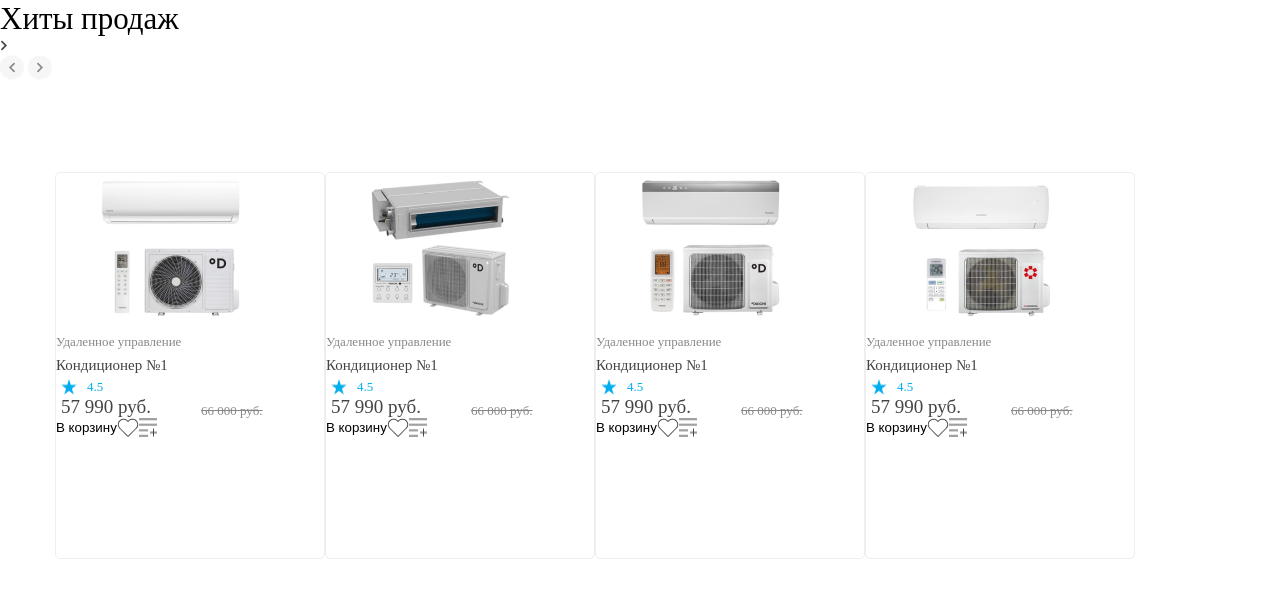
Repository: NikaMana/us
Page: index.html
The author's editor kept a copy of each file at every save. The page is drawn from the files as they stood at one save, then again after the next save.
The browser window is 1280 px wide. The pictures show the whole page.

Above is the page before, as saved 2021-09-15 15:40:16.

### index.html
<!DOCTYPE html>
<html lang="ru">
<head>
    <meta charset="utf-8">
    <title>Main page</title>
    <meta name="viewport" content="widht=1100, initial-scale=1.0">
    <link rel="stylesheet" href="./styles.css">


</head>
<body>
<div class="welcome">
  <div class="welcome__container">
    <div class="welcome__up">
      <div class="welcome__left">
        <h1 class="welcome__hits">Хиты продаж</h1>
        <img class="welcome__arr" src="/img/arrbl.png" alt="blackarrow">
      </div>
      <div class="welcome__right">
        <img class="welcome__arr-left" src="/img/arrleft.png" alt="arrowleft">
        <img class="welcome__arr-right" src="/img/arrright.png" alt="arrowright">
      </div>
    </div>
      <div class="welcome__block-container">
        <div class="welcome__block">
          <img class="welcome__pic" src="/img/pic1.png" alt="condition">
          <h4 class="welcome__control">Удаленное управление</h4>
          <h3 class="welcome__condition">Кондиционер №1</h3>
          <div class="welcome__rating">
            <img class="welcome__star" src="/img/Star.png" alt="star">
            <span class="welcome__score">4.5</span>
          </div>
          <div class="welcome__price">
            <h2 class="welcome__price-current">57 990 руб.</h2>
            <h3 class="welcome__price-past">66 000 руб.</h3>
          </div>
          <div class="welcome__adding">
            <button class="welcome__button">В корзину</button>
            <img class="welcome__like" src="/img/like.png" alt="like">
            <img class="welcome__plus" src="/img/add.png" alt="add">
          </div>
        </div>
        <div class="welcome__block">
          <img class="welcome__pic" src="/img/pic2.png" alt="condition">
          <h4 class="welcome__control">Удаленное управление</h4>
          <h3 class="welcome__condition">Кондиционер №1</h3>
          <div class="welcome__rating">
            <img class="welcome__star" src="/img/Star.png" alt="star">
            <span class="welcome__score">4.5</span>
          </div>
          <div class="welcome__price">
            <h2 class="welcome__price-current">57 990 руб.</h2>
            <h3 class="welcome__price-past">66 000 руб.</h3>
          </div>
          <div class="welcome__adding">
            <button class="welcome__button">В корзину</button>
            <img class="welcome__like" src="/img/like.png" alt="like">
            <img class="welcome__plus" src="/img/add.png" alt="add">
          </div>
        </div>
        <div class="welcome__block">
          <img class="welcome__pic" src="/img/pic3.png" alt="condition">
          <h4 class="welcome__control">Удаленное управление</h4>
          <h3 class="welcome__condition">Кондиционер №1</h3>
          <div class="welcome__rating">
            <img class="welcome__star" src="/img/Star.png" alt="star">
            <span class="welcome__score">4.5</span>
          </div>
          <div class="welcome__price">
            <h2 class="welcome__price-current">57 990 руб.</h2>
            <h3 class="welcome__price-past">66 000 руб.</h3>
          </div>
          <div class="welcome__adding">
            <button class="welcome__button">В корзину</button>
            <img class="welcome__like" src="/img/like.png" alt="like">
            <img class="welcome__plus" src="/img/add.png" alt="add">
          </div>
        </div>
        <div class="welcome__block">
          <img class="welcome__pic" src="/img/pic4.png" alt="condition">
          <h4 class="welcome__control">Удаленное управление</h4>
          <h3 class="welcome__condition">Кондиционер №1</h3>
          <div class="welcome__rating">
            <img class="welcome__star" src="/img/Star.png" alt="star">
            <span class="welcome__score">4.5</span>
          </div>
          <div class="welcome__price">
            <h2 class="welcome__price-current">57 990 руб.</h2>
            <h3 class="welcome__price-past">66 000 руб.</h3>
          </div>
          <div class="welcome__adding">
            <button class="welcome__button">В корзину</button>
            <img class="welcome__like" src="/img/like.png" alt="like">
            <img class="welcome__plus" src="/img/add.png" alt="add">
          </div>
        </div>
      </div>
  </div>
</div>
</body>

### styles.css
*{
  margin: 0;
  padding: 0;
  box-sizing: border-box;
}
button{
  border: none;
  background: no-repeat;
}
h1, h2,h3,h4,h5{
  font-family: none;
  font-size: none;
}
.welcome{
  position: absolute;
  width: 100%;
  height: 100%;
  z-index: 0;
}

.welcome__hits{
font-family: Gotham Pro;
font-size: 31px;
font-style: normal;
font-weight: 300;
line-height: 37px;
letter-spacing: 0em;
text-align: left;
}
.welcome__block-container{
  display: flex;
  flex-direction: row;
}
.welcome__block{
height: 387px;
width: 270px;
left: 55px;
top: 88px;
border-radius: 5px;
position: relative;
height: 387px;
left: 55px;
right: 955px;
top: 88px;
background: #FFFFFF;
border: 1px solid #EEEEEE;
box-sizing: border-box;
border-radius: 5px;
}
.welcome__pic{
height: 150px;
left: 20px;
right: 20px;
top: 20px;
}
.welcome__control{
  position: static;
width: 230px;
height: 19px;
left: 0px;
top: 0px;
font-family: Gotham Pro;
font-style: normal;
font-weight: normal;
font-size: 13px;
line-height: 19px;
color: #888888;
flex: none;
order: 0;
align-self: stretch;
flex-grow: 0;
margin: 5px 0px;
}
.welcome__condition{
  position: static;
width: 230px;
height: 18px;
left: 0px;
top: 0px;
font-family: Gotham Pro;
font-style: normal;
font-weight: normal;
font-size: 15px;
line-height: 18px;
color: #444444;
flex: none;
order: 0;
align-self: stretch;
flex-grow: 0;
margin: 5px 0px;
}
.welcome__rating{
  display: flex;
}
.welcome__star{
  position: static;
width: 16px;
height: 16px;
left: 0px;
top: 0px;
flex: none;
order: 0;
flex-grow: 0;
margin: 0px 5px;
}
.welcome__score{
  position: static;
width: 165px;
height: 15px;
left: 21px;
top: 0px;
font-family: Gotham Pro;
font-style: normal;
font-weight: normal;
font-size: 13px;
line-height: 15px;
display: flex;
align-items: center;
color: #00ADEF;
flex: none;
order: 1;
flex-grow: 1;
margin: 0px 5px;
}
.welcome__price{
  display: flex;
}
.welcome__price-current{
  position: static;
width: 130px;
height: 23px;
left: 0px;
top: 0px;
font-family: Gotham Pro;
font-style: normal;
font-weight: normal;
font-size: 19px;
line-height: 23px;
display: flex;
align-items: flex-end;
color: #444444;
flex: none;
order: 0;
flex-grow: 0;
margin: 0px 5px;
}
.welcome__price-past{
  position: static;
width: 103px;
height: 23px;
left: 135px;
top: 0px;
font-family: Gotham Pro;
font-style: normal;
font-weight: normal;
font-size: 13px;
line-height: 15px;
display: flex;
align-items: flex-end;
text-decoration-line: line-through;
color: #888888;
flex: none;
order: 1;
flex-grow: 0;
margin: 0px 5px;
}
.welcome__adding{
  display: flex;
}
.welcome__button{

}

After the next save:
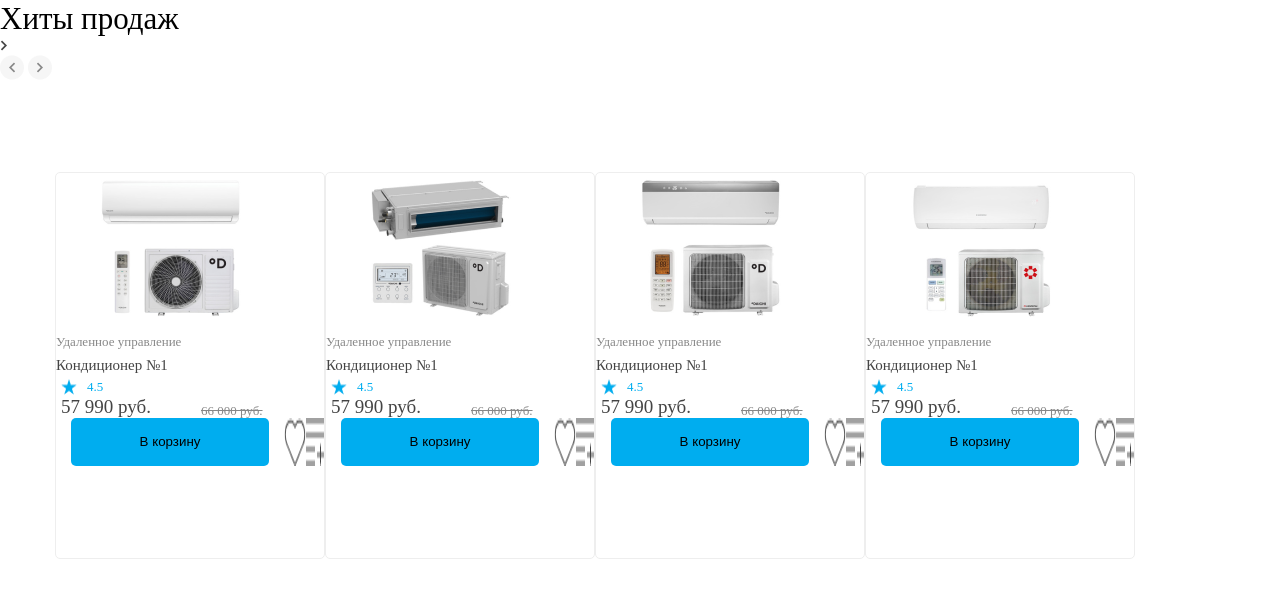
Saved 34 s later.
--- a/styles.css
+++ b/styles.css
@@ -168,5 +168,20 @@ margin: 0px 5px;
   display: flex;
 }
 .welcome__button{
-
+  display: flex;
+flex-direction: row;
+justify-content: center;
+align-items: center;
+padding: 14px 40px 16px;
+position: static;
+width: 152px;
+height: 48px;
+left: 0px;
+top: 0px;
+background: #00ADEF;
+border-radius: 5px;
+flex: none;
+order: 0;
+flex-grow: 1;
+margin: 0px 15px;
 }
